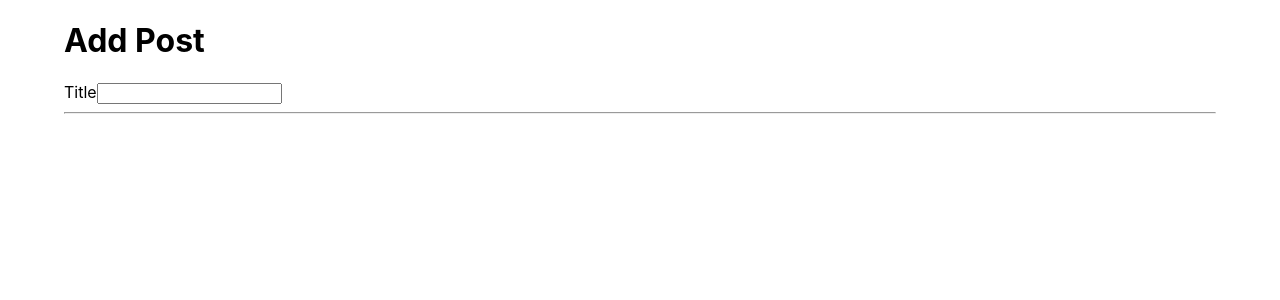
Repository: akinsikuoluwafemi/Red
Page: /
An editor plug-in stored every save of this project. The page is shown before and after the next save, followed by the edit.
The browser window is 1280 px wide. The pictures show the whole page.
The page's requests for data from a server got no answer. The project was rebuilt for these pictures with package versions that can differ from the ones it lists, and the page was loaded fresh each time. No one was signed in, and anything a server would have sent is missing.

Above is the page before, as saved 2021-01-18 09:04:12.

### src/App.js
import logo from './logo.svg';
import './App.css';
import Posts from './components/Posts';
import PostForm from './components/PostForm';



function App() {
  return (
    <div className="App">
      <PostForm />
      <hr/>
      <Posts/>
    </div>
  );
}

export default App;

### src/components/Posts.js
import React, { Component } from 'react'

 class Posts extends Component {

     state = {
            posts: []
        }

    componentDidMount() {
        fetch('https://jsonplaceholder.typicode.com/posts')
            .then(res => res.json())
            .then(data => this.setState({posts: data}));
    }
    render() {
        const postItems = this.state.posts.map(post => (
            <div key={post.id}>
                <h3>{post.title}</h3>
                <p>{ post.body}</p>
           </div>
       ))

        return (
            <div>
                {postItems}
            </div>
        )
    }
}

export default Posts

### src/components/PostForm.js
import React, { Component } from 'react'

 class PostForm extends Component {
     state = {

   }

    render() {
        return (
            <div>
                <h1>Add Post</h1>
                <form>
                    <div>
                        <label>Title</label>
                        <input type="text"/>
                    </div>

                </form>
            </div>
        )
    }
}

export default PostForm

Loaded but not shown: public/index.html (common file); src/index.js (common file); src/index.css (common file); src/reportWebVitals.js (common file); src/App.css (common file)

After the next save:
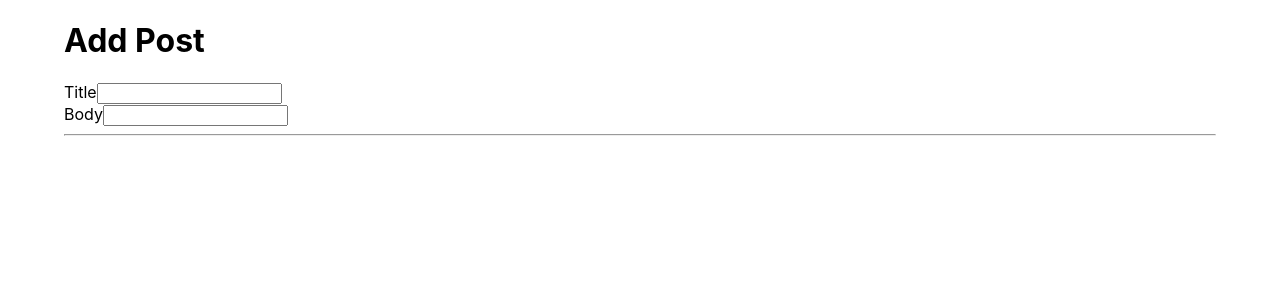
Saved 4 s later.
--- a/src/components/PostForm.js
+++ b/src/components/PostForm.js
@@ -7,17 +7,20 @@ import React, { Component } from 'react'
 
     render() {
         return (
-            <div>
-                <h1>Add Post</h1>
-                <form>
-                    <div>
-                        <label>Title</label>
-                        <input type="text"/>
-                    </div>
-
-                </form>
-            </div>
-        )
+          <div>
+            <h1>Add Post</h1>
+            <form>
+              <div>
+                <label>Title</label>
+                <input type="text" />
+              </div>
+              <div>
+                <label>Body</label>
+                <input type="text" />
+              </div>
+            </form>
+          </div>
+        );
     }
 }
 
